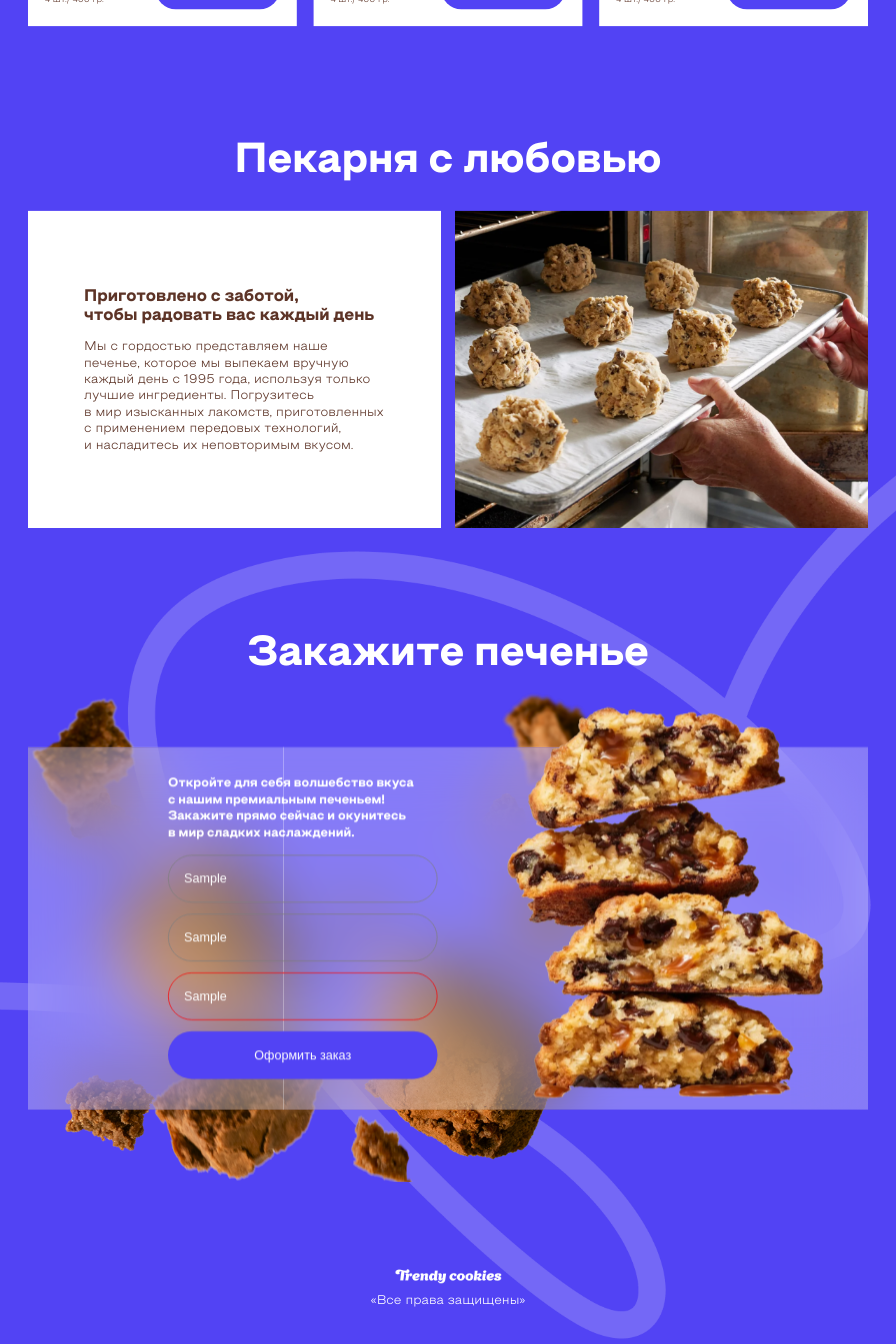
Repository: Albert24-Front-end/cookies-JS
Page: index.html
The author's editor kept a copy of each file at every save. The page is drawn from the files as they stood at one save, then again after the next save.
The browser window is 1280 px wide. The pictures show the part of the page from y = 3276 to 5196 px (the page is 5196 px tall), at 70% of full size.
Empty fields were first filled with sample values (such as "Sample", 5 or name@example.com).
After loading, the first visible `#order-action` was clicked once.

Above is the page before, as saved 2025-01-27 14:47:49.

After the next save:
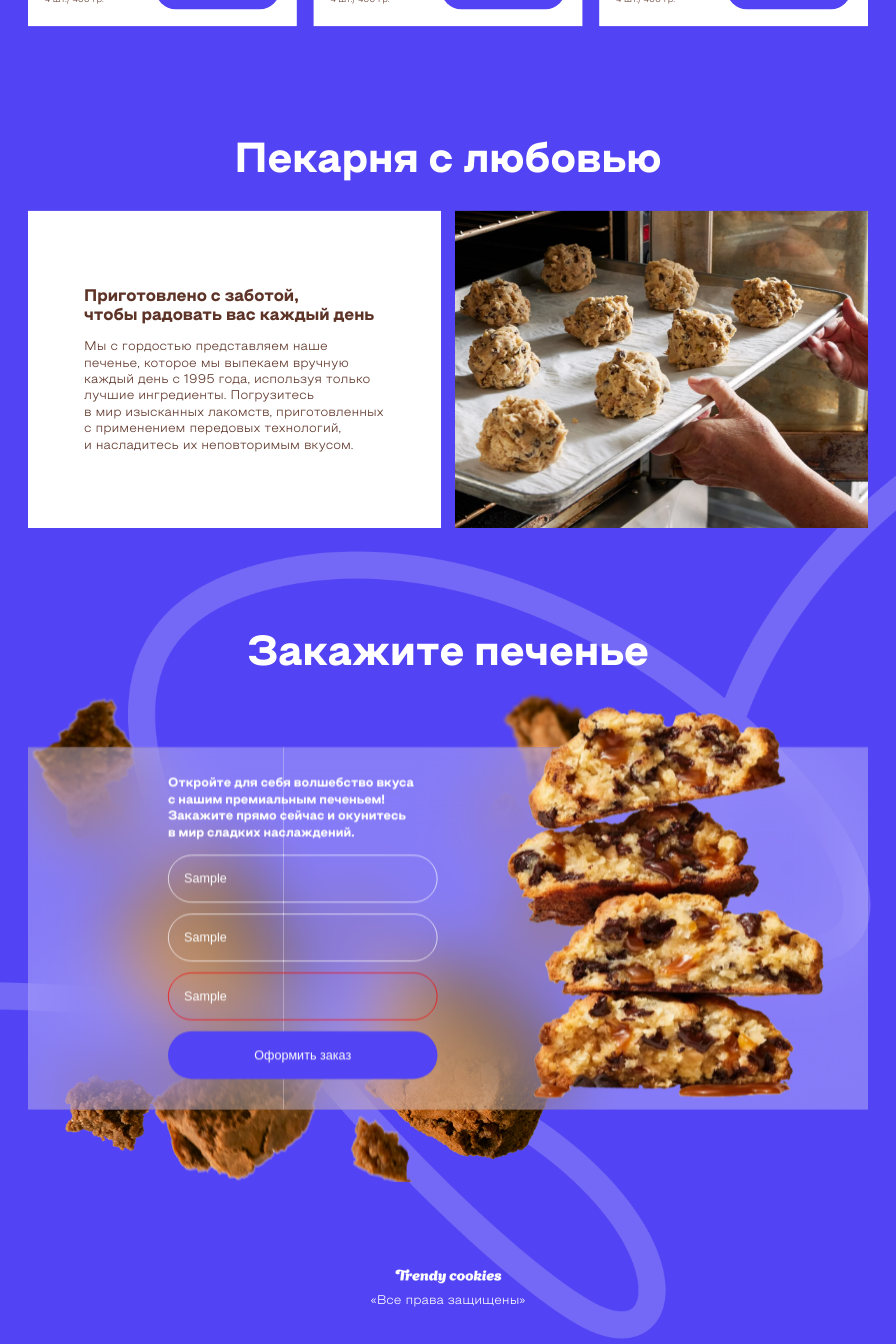
Saved 17 s later.
--- a/script.js
+++ b/script.js
@@ -64,7 +64,7 @@ document.getElementById('order-action').addEventListener('click', ()=>{
             field.style.borderColor = "red";
             hasEmptyFields = true;
         }
-        else {field.style.borderColor = "gray";}
+        else {field.style.borderColor = "";}
     });
 
     if (hasEmptyFields) {
